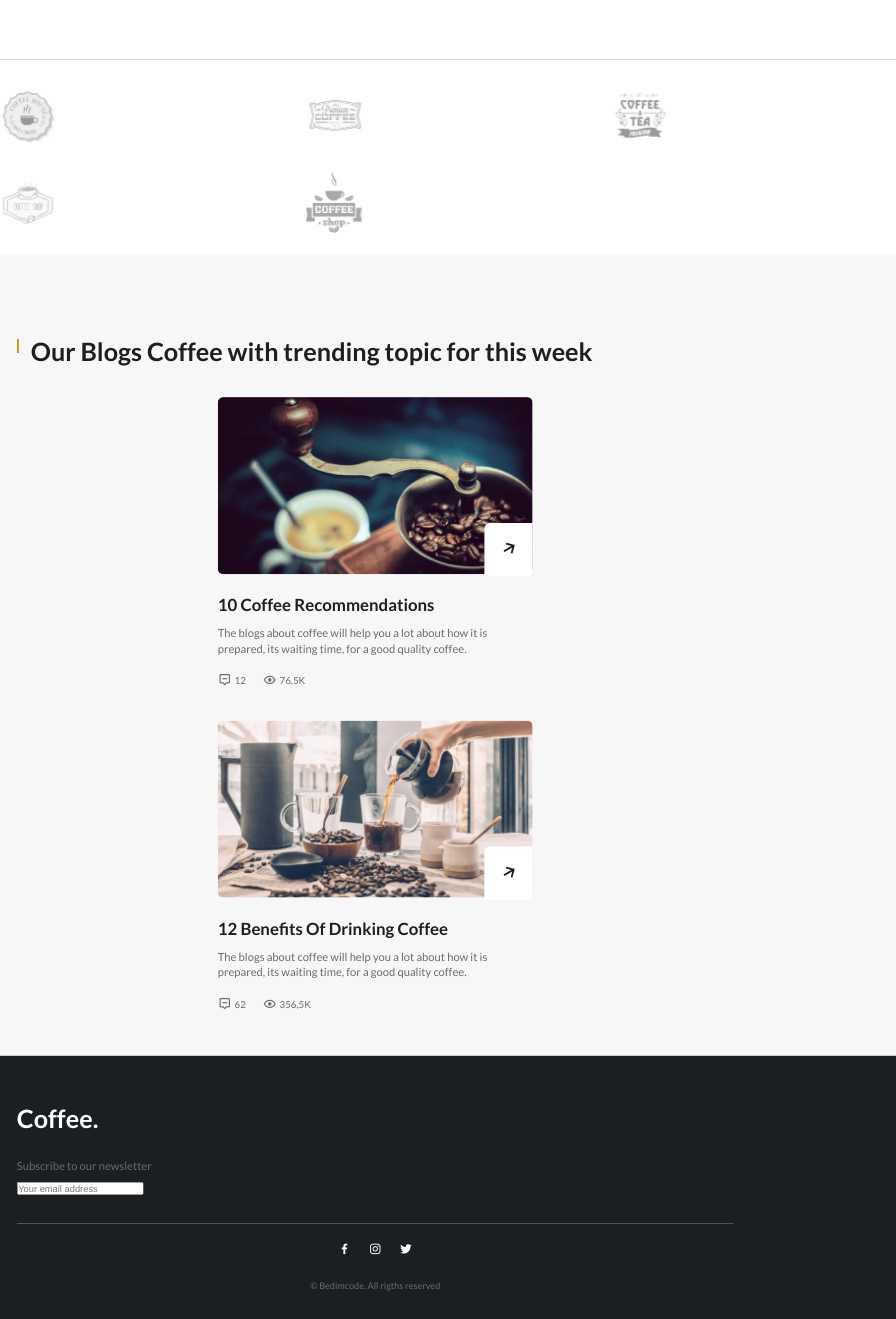
Repository: phong121020/coffee-responsive
Page: index.html
An editor plug-in stored every save of this project. The page is shown before and after the next save, followed by the edit.
The browser window is 1280 px wide. The pictures show the part of the page from y = 3136 to 5056 px (the page is 5020 px tall before and 5056 px after), at 70% of full size.

Above is the page before, as saved 2022-03-08 17:28:03.

After the next save:
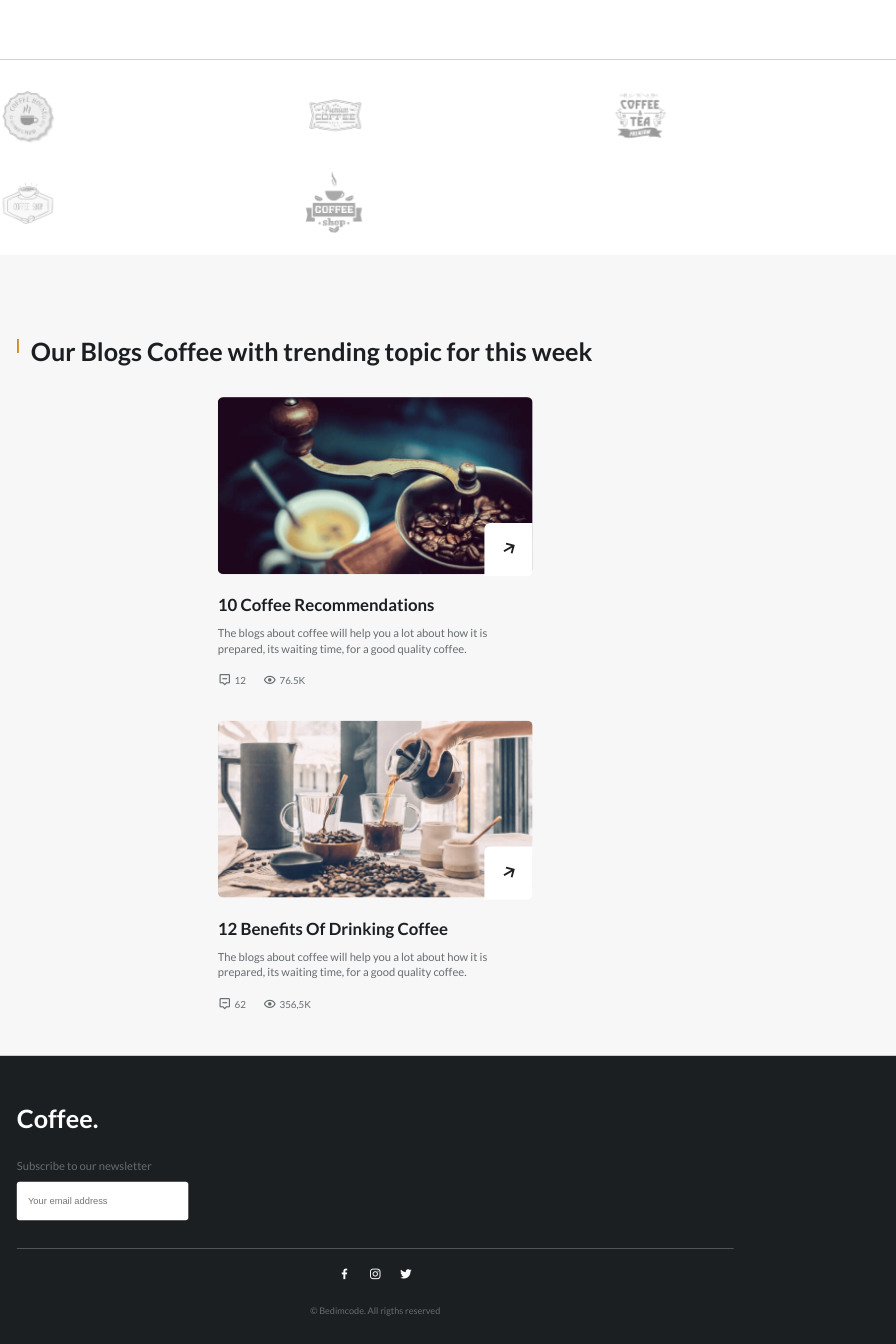
Saved 29 s later.
--- a/index.html
+++ b/index.html
@@ -466,7 +466,11 @@
               <p class="footer__desc">Subscribe to our newsletter</p>
 
               <div class="footer__newsletter">
-                <input type="email" placeholder="Your email address" id="" />
+                <input
+                  type="email"
+                  placeholder="Your email address"
+                  class="footer__input"
+                />
               </div>
             </div>
 
